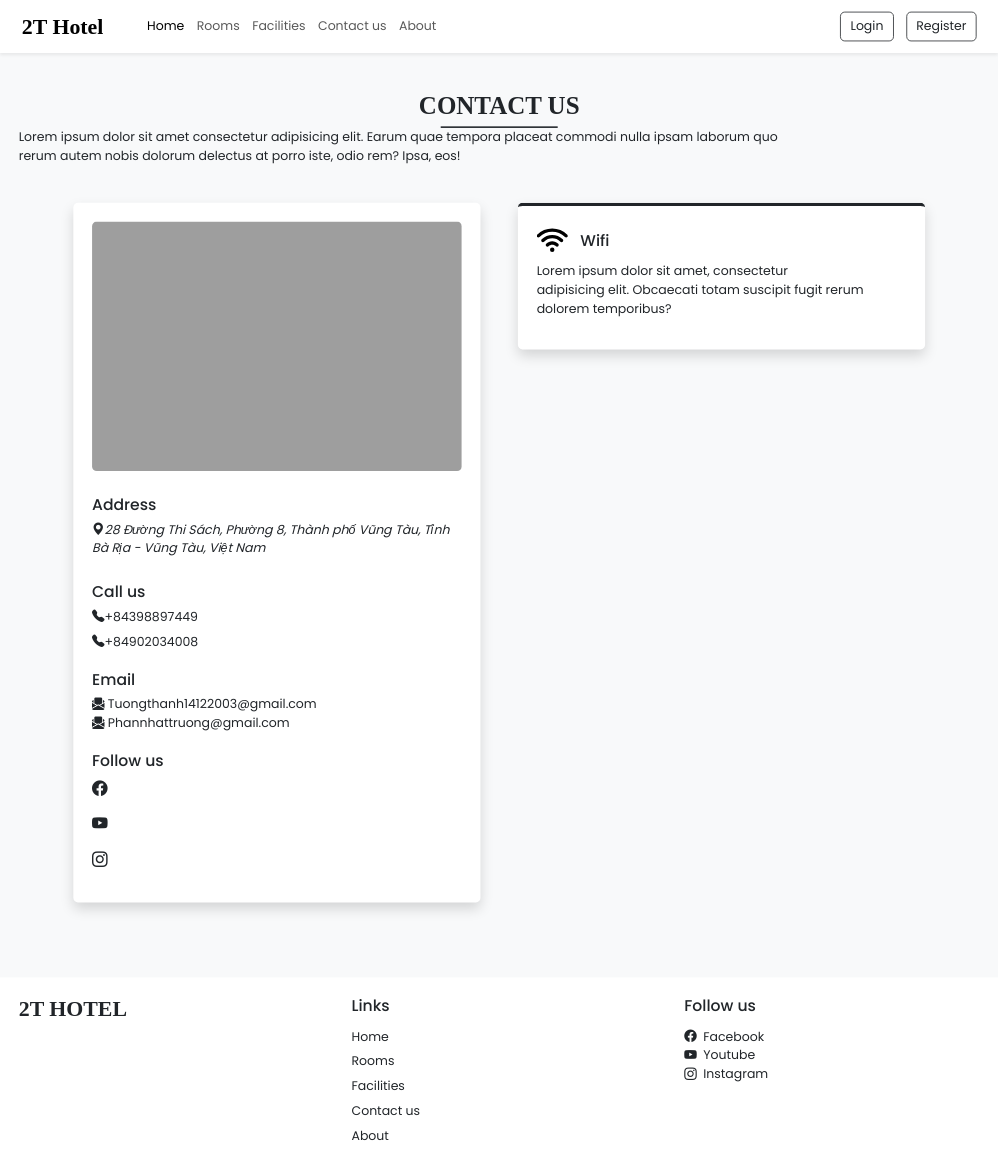
Repository: TaTongThanh2003/DoAnCoSo2024_BookingHotelWebsite
Page: http://localhost/WebsiteBookingHotel/contact.php
The author's editor kept a copy of each file at every save. The page is drawn from the files as they stood at one save, then again after the next save.
The browser window is 1280 px wide. The pictures show the whole page, at 78% of full size.
Pictures or frames that could not be fetched are drawn as grey boxes. Some web fonts or font styles are not loaded; a fallback is used. The page is run by PHP 8.4 with error messages shown; the project is at /var/www/html/.

Above is the page before, as saved 2024-03-22 14:51:39.

### WebsiteBookingHotel/contact.php
<!DOCTYPE html>
<html lang="en">

<head>
    <meta charset="UTF-8">
    <meta http-equiv="X-UA-Compatible" content="IE-edge">
    <meta name="viewport" content="width=device-width, initial-scale=1.0">
    <title>2T Hotel - CONTACT</title>
    <?php require('inc/links.php'); ?>
    <style>
    .pop:hover {
        border-top-color: var(--teal) !important;
        transform: scale(1.03);
        transition: all 0.3s;
    }
    </style>
    <link rel="stylesheet" href="https://cdn.jsdelivr.net/npm/swiper@11/swiper-bundle.min.css" />
    <style>
    @media screen and (max-width: 575px) {
        .availability-form {
            margin: 25px;
            padding: 0 35px;
        }
    }
    </style>
</head>

<body class="bg-light">
    <?php require('inc/header.php'); ?>

    <div class="my-5 px-4">
        <h2 class="fw-bold h-font text-center">CONTACT US</h2>
        <div class="h-line bg-dark"></div>
        <p>Lorem ipsum dolor sit amet consectetur adipisicing elit. Earum quae tempora placeat commodi nulla ipsam
            laborum quo <br> rerum autem nobis dolorum delectus at porro iste, odio rem? Ipsa, eos!</p>
    </div>
    <div class="container">
        <div class="row">
            <div class="col-lg-6 col-md-6 mb-5 px-4">
                <div class="bg-white rounded shadow p-4 ">
                    <iframe
                        src="https://www.google.com/maps/embed?pb=!1m18!1m12!1m3!1d1387.4586037672818!2d107.14647667339156!3d10.395697334627467!2m3!1f0!2f0!3f0!3m2!1i1024!2i768!4f13.1!3m3!1m2!1s0x31756fd4554f0cf5%3A0xb24fd23bf641fa40!2zVsWpbmcgVMOgdSwgQsOgIFLhu4thIC0gVsWpbmcgVMOgdSwgVmnhu4d0IE5hbQ!5e0!3m2!1svi!2s!4v1710661690680!5m2!1svi!2s"
                        class="w-100 rounded mb-4" height="320px" loading="lazy"
                        referrerpolicy="no-referrer-when-downgrade"></iframe>
                    <h5>Address</h5>
                    <a href="https://maps.app.goo.gl/TkpwJFueXijHawj1A" target="_blank"
                        class="d-inline-block text-decoration-none text-dark mb-2">
                        <i class="bi bi-geo-alt-fill">28 Đường Thi Sách, Phường 8, Thành phố Vũng Tàu,
                            Tỉnh Bà Rịa - Vũng Tàu, Việt Nam</i>
                    </a>
                    <h5 class="mt-4">Call us</h5>
                    <a href="tel: +84398897449" class="d-inline-block mb-2 text-decoration-none text-dark">
                        <i class="bi bi-telephone-fill"></i>+84398897449
                    </a>
                    <br>
                    <a href="tel: +84902034008" class="d-inline-block text-decoration-none text-dark">
                        <i class="bi bi-telephone-fill"></i>+84902034008
                    </a>
                    <h5 class="mt-4">Email</h5>
                    <a href="Mail To: tuongthanh14122003@gmail.com "
                        class="d-inline-block text-decoration-none text-dark">
                        <i class="bi bi-envelope-paper-fill"> </i>Tuongthanh14122003@gmail.com</a><br>
                    <a href="MailTo: phannhattruong@gmail.com " class="d-inline-block text-decoration-none text-dark">
                        <i class="bi bi-envelope-paper-fill"> </i>Phannhattruong@gmail.com</a>
                    <h5 class="mt-4">Follow us</h5>
                    <a href="#" class="d-inline-block mb-3 text-dark fs-5 me-2">
                        <i class="bi bi-facebook mi-1"></i>
                    </a>
                    <br>
                    <a href="#" class="d-inline-block mb-3 text-dark fs-5 me-2">
                        <i class="bi bi-youtube me-1"></i>
                    </a>
                    <br>
                    <a href="#" class="d-inline-block mb-3 text-dark fs-5 me-2">
                        <i class="bi bi-instagram me-1"></i>
                    </a>
                </div>
            </div>
            <div class="col-lg-6 col-md-6 mb-5 px-4">
                <div class="bg-white rounded shadow p-4 border-top border-4 border-dark pop">
                    <div class="d-flex align-items-center mb-2">
                        <img src="images/facilities/Wifi.svg" alt="" width="40px">
                        <h5 class="m-0 ms-3">Wifi</h5>
                    </div>
                    <p>Lorem ipsum dolor sit amet, consectetur <br> adipisicing elit. Obcaecati totam suscipit fugit
                        rerum
                        dolorem temporibus?</p>
                </div>
            </div>

        </div>
    </div>

    <!-- footer -->
    <?php require('inc/footer.php'); ?>




    <!-- <script src="https://cdn.jsdelivr.net/npm/swiper@11/swiper-bundle.min.js"></script>
    <script src="https://cdn.jsdelivr.net/npm/bootstrap@5.3.3/dist/js/bootstrap.bundle.min.js"
        integrity="sha384-YvpcrYf0tY3lHB60NNkmXc5s9fDVZLESaAA55NDzOxhy9GkcIdslK1eN7N6jIeHz" crossorigin="anonymous">
    </script> -->
    <!-- <script>
    var swiper = new Swiper(".swiper-container", {
        spaceBetween: 30,
        effect: "fade",
        loop: true,
        autoplay: {
            delay: 3500,
            disableOnInteraction: false,
        }
    });
    var swiper = new Swiper(".swiper-testimonials", {
        effect: "coverflow",
        grabCursor: true,
        centeredSlides: true,
        slidesPerView: "auto",
        slidesPerView: "3",
        loop: true,
        coverflowEffect: {
            rotate: 50,
            stretch: 0,
            depth: 100,
            modifier: 1,
            slideShadows: false,
        },
        pagination: {
            el: ".swiper-pagination",
        },
        breakpoints: {
            320: {
                slidesPerView: 1,
            },
            640: {
                slidesPerView: 1,
            },
            768: {
                slidesPerView: 2,
            },
            1024: {
                slidesPerView: 3,
            },
        }
    });
    </script> -->
</body>

</html>

### WebsiteBookingHotel/inc/links.php
<link href="https://cdn.jsdelivr.net/npm/bootstrap@5.3.3/dist/css/bootstrap.min.css" rel="stylesheet"
    integrity="sha384-QWTKZyjpPEjISv5WaRU9OFeRpok6YctnYmDr5pNlyT2bRjXh0JMhjY6hW+ALEwIH" crossorigin="anonymous">
<link href="https://fonts.googleapis.com/css2?family=Merienda:wght@400;700&family=Poppins:wght@400;500;600&display=swap"
    rel="stylesheet">
<link rel="stylesheet" href="https://cdn.jsdelivr.net/npm/bootstrap-icons@1.11.3/font/bootstrap-icons.min.css">
<link rel="stylesheet" href="css/common.css">

### WebsiteBookingHotel/inc/header.php
<nav class="navbar navbar-expand-lg navbar-light bg-white px-lg-3 py-lg-2 shadow-sm sticky-top">
    <div class="container-fluid">
        <a class="navbar-brand me-5 fw-bold fs-3 h-font" href="index.php">2T Hotel</a>
        <button class="navbar-toggler shadow-none" type="button" data-bs-toggle="collapse"
            data-bs-target="#navbarSupportedContent" aria-controls="navbarSupportedContent" aria-expanded="false"
            aria-label="Toggle navigation">
            <span class="navbar-toggler-icon"></span>
        </button>
        <div class="collapse navbar-collapse" id="navbarSupportedContent">
            <ul class="navbar-nav me-auto mb-2 mb-lg-0">
                <li class="nav-item">
                    <a class="nav-link active" aria-current="page" href="index.php">Home</a>
                </li>
                <li class="nav-item">
                    <a class="nav-link" href="#">Rooms</a>
                </li>
                <li class="nav-item">
                    <a class="nav-link" href="facilities.php">Facilities</a>
                </li>
                <li class="nav-item">
                    <a class="nav-link" href="contact.php">Contact us</a>
                </li>
                <li class="nav-item">
                    <a class="nav-link" href="about.php">About</a>
                </li>
            </ul>
            <div class="d-flex">
                <button type="button" class="btn btn-outline-dark shadow-none me-lg-3 me-2" data-bs-toggle="modal"
                    data-bs-target="#loginModal">
                    Login
                </button>
                <button type="button" class="btn btn-outline-dark shadow-none " data-bs-toggle="modal"
                    data-bs-target="#registerModal">
                    Register
                </button>
            </div>
        </div>
    </div>
</nav>

<!-- login -->
<div class="modal fade" id="loginModal" data-bs-backdrop="static" data-bs-keyboard="false" tabindex="-1"
    aria-labelledby="staticBackdropLabel" aria-hidden="true">
    <div class="modal-dialog">
        <div class="modal-content">
            <form>
                <div class="modal-header">
                    <h5 class="modal-title d-flex align-item-center">
                        <i class="bi bi-person-circle fs-5 me-2"></i> User login
                    </h5>
                    <button type="reset" class="btn-close shadow-none" data-bs-dismiss="modal"
                        aria-label="Close"></button>
                </div>
                <div class="modal-body">
                    <div class="mb-3">
                        <label class="form-label">Email address</label>
                        <input type="email" class="form-control shadow-none">
                    </div>
                    <div class="mb-4">
                        <label class="form-label">Password</label>
                        <input type="password" class="form-control shadow-none">
                    </div>
                    <div class="d-flex align-items-center justify-content-between mb-2">
                        <button type="submit" class="btn btn-dark shadow-none">LOGIN</button>
                        <a href="javascript: void(0)" class="text-secondary text-decoration-none">Forgot
                            Password?</a>
                    </div>
                </div>
            </form>
        </div>
    </div>
</div>

<!-- Register -->
<div class="modal fade" id="registerModal" data-bs-backdrop="static" data-bs-keyboard="false" tabindex="-1"
    aria-labelledby="staticBackdropLabel" aria-hidden="true">
    <div class="modal-dialog modal-lg">
        <div class="modal-content">
            <form>
                <div class="modal-header">
                    <h5 class="modal-title d-flex align-item-center">
                        <i class="bi bi-person-lines-fill fs-5 me-2"></i>
                        User Registration
                    </h5>
                    <button type="reset" class="btn-close shadow-none" data-bs-dismiss="modal"
                        aria-label="Close"></button>
                </div>
                <div class="modal-body">
                    <span class="badge rounded-pill bg-light text-dark mb-3 text-wrap lh-base">
                        Note: Your details must match with your ID (Aadhar card, passport, driving license, etc.)
                        that will be required dring check-in.
                    </span>
                    <div class="container-fluid">
                        <div class="row">
                            <!-- Name -->
                            <div class="col-md-6 ps-0 mb-3">
                                <label class="form-label">Name</label>
                                <input type="text" class="form-control shadow-none">
                            </div>
                            <!-- Email -->
                            <div class="col-md-6 p-0 mb-3">
                                <label class="form-label">Email</label>
                                <input type="email" class="form-control shadow-none">
                            </div>
                            <!-- Phone Number -->
                            <div class="col-md-6 ps-0 mb-3">
                                <label class="form-label">Phone Number</label>
                                <input type="number" class="form-control shadow-none">
                            </div>
                            <!-- Picture -->
                            <div class="col-md-6 p-0 mb-3">
                                <label class="form-label">Picture</label>
                                <input type="file" class="form-control shadow-none">
                            </div>
                            <!-- Address -->
                            <div class="col-md-12 p-0 mb-3">
                                <label class="form-label">Address</label>
                                <textarea class="form-control shadow-none" rows="1"></textarea>
                            </div>
                            <!-- Pincode -->
                            <div class="col-md-6 ps-0 mb-3">
                                <label class="form-label">Pincode</label>
                                <input type="number" class="form-control shadow-none">
                            </div>
                            <!-- Date of birth -->
                            <div class="col-md-6 p-0 mb-3">
                                <label class="form-label">Date of birth</label>
                                <input type="date" class="form-control shadow-none">
                            </div>
                            <!-- Password -->
                            <div class="col-md-6 ps-0 mb-3">
                                <label class="form-label">Password</label>
                                <input type="password" class="form-control shadow-none">
                            </div>
                            <!-- Comfirm Password -->
                            <div class="col-md-6 p-0 mb-3">
                                <label class="form-label">Comfirm Password</label>
                                <input type="password" class="form-control shadow-none">
                            </div>
                        </div>
                    </div>
                    <div class="text-center my-1">
                        <button type="submit" class="btn btn-dark shadow-none">REGISTER</button>
                    </div>
                </div>
            </form>
        </div>
    </div>
</div>

### WebsiteBookingHotel/inc/footer.php
<div class="container-fluid bg-white mt-5">
    <div class="row">
        <div class="col-lg-4 p-4">
            <h3 class="h-font fw-bold fs-3">2T HOTEL</h3>
            <p>

            </p>
        </div>
        <div class="col-lg-4 p-4">
            <h5 class="mb-3">Links</h5>
            <a href="#" class="d-inline-block mb-2 text-dark text-decoration-none">Home</a><br>
            <a href="#" class="d-inline-block mb-2 text-dark text-decoration-none">Rooms</a><br>
            <a href="#" class="d-inline-block mb-2 text-dark text-decoration-none">Facilities</a><br>
            <a href="#" class="d-inline-block mb-2 text-dark text-decoration-none">Contact us</a><br>
            <a href="#" class="d-inline-block mb-2 text-dark text-decoration-none">About</a>
        </div>
        <div class="col-lg-4 p-4">
            <h5 class="mb-3">Follow us</h5>
            <a href="#" class="d-inline-block text-dark text-decoration-none md-2">
                <i class="bi bi-facebook me-1"></i> Facebook
            </a><br>
            <a href="#" class="d-inline-block text-dark text-decoration-none md-2">
                <i class="bi bi-youtube me-1"></i> Youtube
            </a><br>
            <a href="#" class="d-inline-block text-dark text-decoration-none ">
                <i class="bi bi-instagram me-1"></i> Instagram
            </a><br>
        </div>
    </div>
</div>

### WebsiteBookingHotel/css/common.css
:root{
    --teal: #2ec1ac;
    --teal_hover: #279e8c;
}

* {
    font-family: 'Poppins', sans-serif;
}

.h-font {
    font-family: 'Merienda', cursive;
}

input::-webkit-outer-spin-button,
input::-webkit-inner-spin-button {
    -webkit-appearance: none;
    margin: 0;
}

/* input[type=number] {
    -moz-appearance: textfield;
} */

.custom-bg {
    background-color: var(--teal);
    border: 1px solid var(--teal);
}

.custom-bg:hover {
    background-color: var(--teal_hover);
    border-color: var(--teal_hover);
}

.availability-form {
    margin-top: -50px;
    z-index: 2;
    position: relative;
}
.h-line{
    width: 150px ;
    margin: 0 auto;
    height: 1.7px;
}

### WebsiteBookingHotel/images/facilities/Wifi.svg
<?xml version="1.0" encoding="iso-8859-1"?>
<!-- Generator: Adobe Illustrator 19.0.0, SVG Export Plug-In . SVG Version: 6.00 Build 0)  -->
<svg version="1.1" id="Capa_1" xmlns="http://www.w3.org/2000/svg" xmlns:xlink="http://www.w3.org/1999/xlink" x="0px" y="0px"
	 viewBox="0 0 494.45 494.45" style="enable-background:new 0 0 494.45 494.45;" xml:space="preserve">
<g>
	<g>
		<g>
			<path d="M395.225,277.325c-6.8,0-13.5-2.6-18.7-7.8c-71.4-71.3-187.4-71.3-258.8,0c-10.3,10.3-27.1,10.3-37.4,0
				s-10.3-27.1,0-37.4c92-92,241.6-92,333.6,0c10.3,10.3,10.3,27.1,0,37.4C408.725,274.725,401.925,277.325,395.225,277.325z"/>
		</g>
		<g>
			<path d="M323.625,348.825c-6.8,0-13.5-2.6-18.7-7.8c-15.4-15.4-36-23.9-57.8-23.9s-42.4,8.5-57.8,23.9
				c-10.3,10.3-27.1,10.3-37.4,0c-10.3-10.3-10.3-27.1,0-37.4c25.4-25.4,59.2-39.4,95.2-39.4s69.8,14,95.2,39.5
				c10.3,10.3,10.3,27.1,0,37.4C337.225,346.225,330.425,348.825,323.625,348.825z"/>
		</g>
		<g>
			<circle cx="247.125" cy="398.925" r="35.3"/>
		</g>
		<g>
			<path d="M467.925,204.625c-6.8,0-13.5-2.6-18.7-7.8c-111.5-111.4-292.7-111.4-404.1,0c-10.3,10.3-27.1,10.3-37.4,0
				s-10.3-27.1,0-37.4c64-64,149-99.2,239.5-99.2s175.5,35.2,239.5,99.2c10.3,10.3,10.3,27.1,0,37.4
				C481.425,202.025,474.625,204.625,467.925,204.625z"/>
		</g>
	</g>
</g>
<g>
</g>
<g>
</g>
<g>
</g>
<g>
</g>
<g>
</g>
<g>
</g>
<g>
</g>
<g>
</g>
<g>
</g>
<g>
</g>
<g>
</g>
<g>
</g>
<g>
</g>
<g>
</g>
<g>
</g>
</svg>

After the next save:
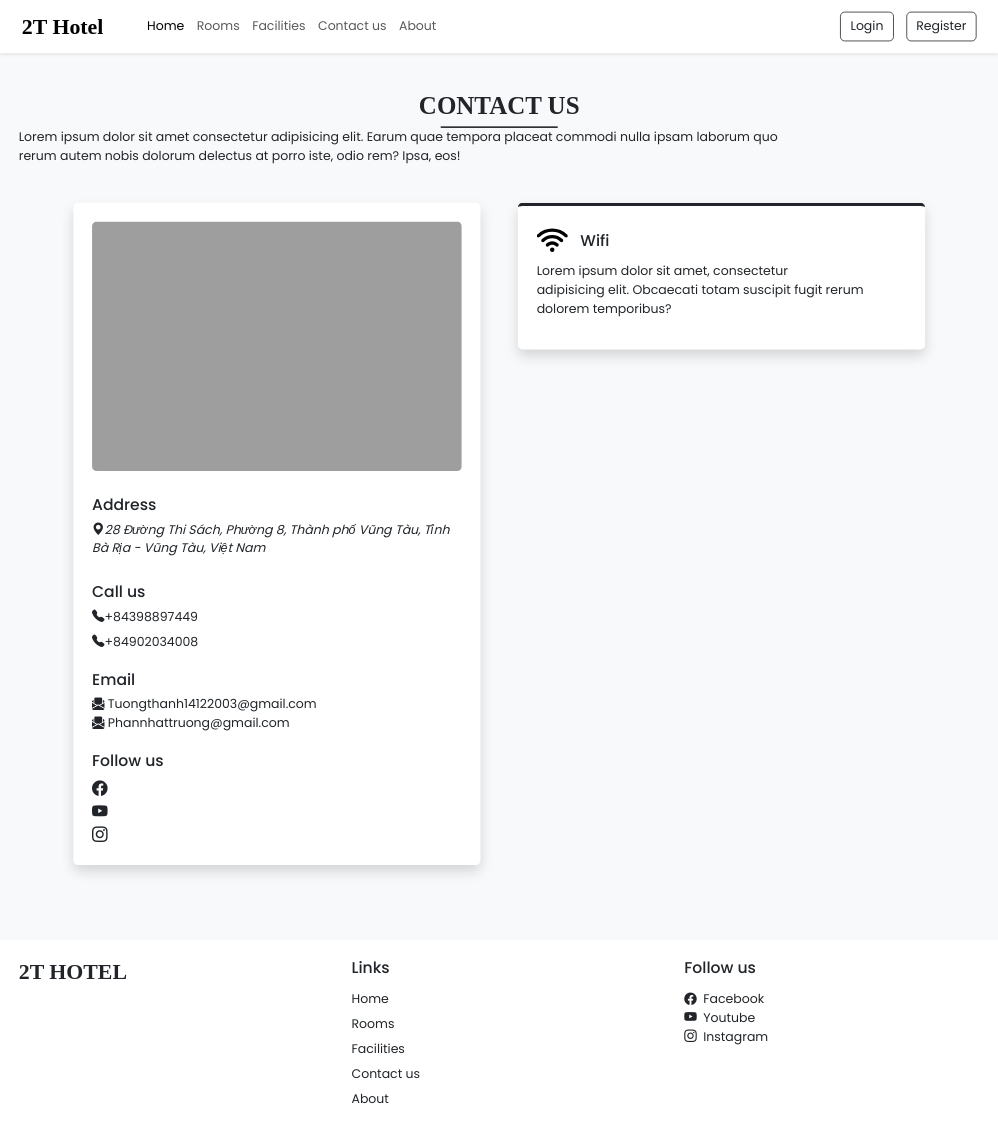
Saved 45 s later.
--- a/WebsiteBookingHotel/contact.php
+++ b/WebsiteBookingHotel/contact.php
@@ -63,15 +63,15 @@
                     <a href="MailTo: phannhattruong@gmail.com " class="d-inline-block text-decoration-none text-dark">
                         <i class="bi bi-envelope-paper-fill"> </i>Phannhattruong@gmail.com</a>
                     <h5 class="mt-4">Follow us</h5>
-                    <a href="#" class="d-inline-block mb-3 text-dark fs-5 me-2">
+                    <a href="#" class="d-inline-block text-dark fs-5 me-2">
                         <i class="bi bi-facebook mi-1"></i>
                     </a>
                     <br>
-                    <a href="#" class="d-inline-block mb-3 text-dark fs-5 me-2">
+                    <a href="#" class="d-inline-block text-dark fs-5 me-2">
                         <i class="bi bi-youtube me-1"></i>
                     </a>
                     <br>
-                    <a href="#" class="d-inline-block mb-3 text-dark fs-5 me-2">
+                    <a href="#" class="d-inline-block text-dark fs-5 me-2">
                         <i class="bi bi-instagram me-1"></i>
                     </a>
                 </div>
